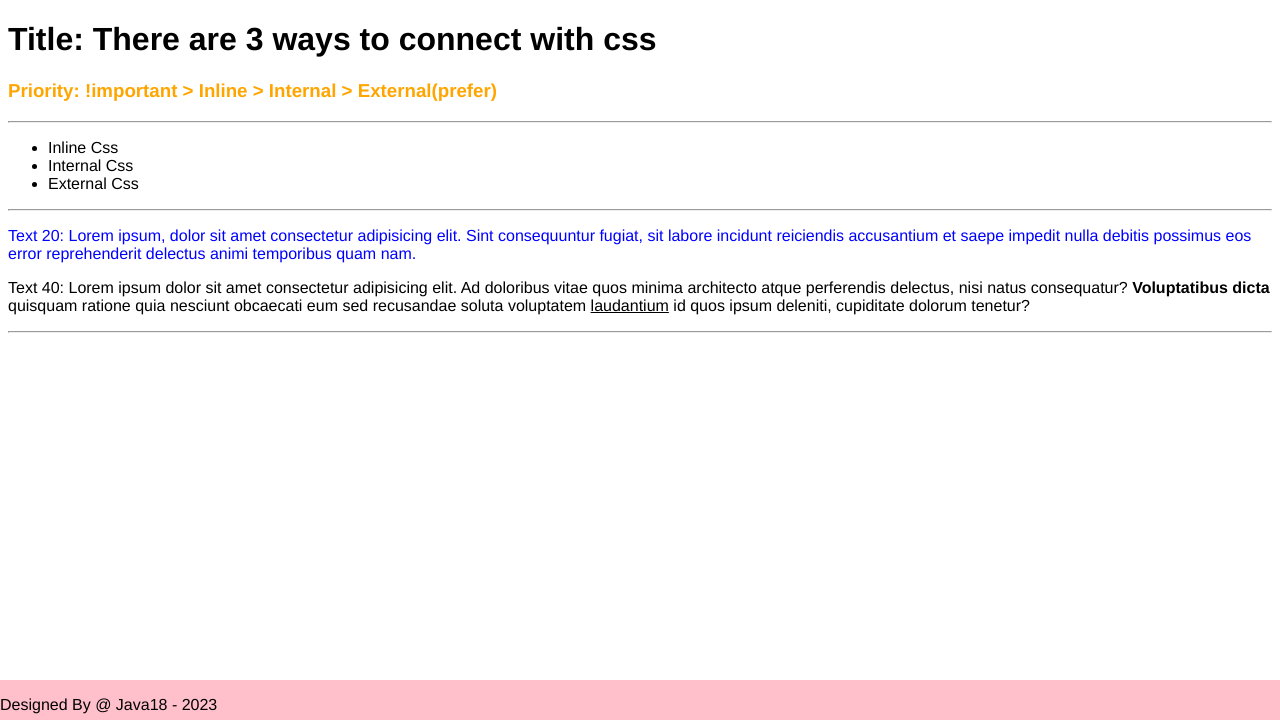
Repository: j4tdn/java18-repository
Page: 2. CSS3/ex03-base-content-basic-properties.html
An editor plug-in stored every save of this project. The page is shown before and after the next save, followed by the edit.
The browser window is 1280 px wide. The pictures show the whole page.

Above is the page before, as saved 2023-10-21 18:30:09.

### 2. CSS3/ex03-base-content-basic-properties.html
<!DOCTYPE html>
<html lang="en">
  <head>
    <meta charset="UTF-8" />
    <meta name="viewport" content="width=device-width, initial-scale=1.0" />
    <title>Ex03 - Base Content For Demo Basic CSS Properties</title>
    <link rel="stylesheet" href="css/style-base.css" />
    <link rel="stylesheet" href="css/utils.css" />
  </head>
  <body>
    <!-- html comments -->
    <div id="page-header">
      <h1>Title: There are 3 ways to connect with css</h1>
      <h3 class="text-orange">
        Priority: !important > Inline > Internal > External(prefer)
      </h3>
    </div>

    <hr />

    <div id="page-main">
      <ul>
        <li>Inline Css</li>
        <li>Internal Css</li>
        <li>External Css</li>
      </ul>
      <hr />
      <p class="text-blue">
        Text 20: Lorem ipsum, dolor sit amet consectetur adipisicing elit. Sint
        consequuntur fugiat, sit labore incidunt reiciendis accusantium et saepe
        impedit nulla debitis possimus eos error reprehenderit delectus animi
        temporibus quam nam.
      </p>
      <p>
        Text 40: Lorem ipsum dolor sit amet consectetur adipisicing elit. Ad
        doloribus vitae quos minima architecto atque perferendis delectus, nisi
        natus consequatur?
        <span class="text-bold">Voluptatibus dicta</span> quisquam ratione quia
        nesciunt obcaecati eum sed recusandae soluta voluptatem
        <span class="text-underline">laudantium</span> id quos ipsum deleniti,
        cupiditate dolorum tenetur?
      </p>
    </div>
    <hr />

    <div id="page-footer">
      <p class="text-center">Designed By @ Java18 - 2023</p>
    </div>
  </body>
</html>

### 2. CSS3/css/style-base.css
/*  */
* {
  font-family: corbel, helvetica, sans-serif;
}

/* CSS SELECTOR CLASS ID */
/* Chỉ có thẻ p với class là text20 mới ăn */
/* p[class="text20"] {
  color: blue;
} */
/* p.text20 {
  color: blue;
} */
/* Tất cả tag với class là text20 */
/* .text20 {
  color: blue;
} */

#page-footer {
  position: absolute;
  bottom: 0;
  left: 0;
  width: 100%;
  height: 40px;
  background-color: pink;
}

### 2. CSS3/css/utils.css
.text-green {
  color: green;
}
.text-blue {
  color: blue;
}
.text-orange {
  color: orange;
}
.text-bold {
  font-weight: bold;
}
.text-underline {
  text-decoration: underline;
}
.text-line-through {
  text-decoration: line-through;
}
.text-overline {
  text-decoration: overline;
}
.text-decor-none {
  text-decoration: none;
}
.text-align-left {
  text-align: left;
}
.text-align-center {
  text-align: center;
}
.text-align-right {
  text-align: right;
}

After the next save:
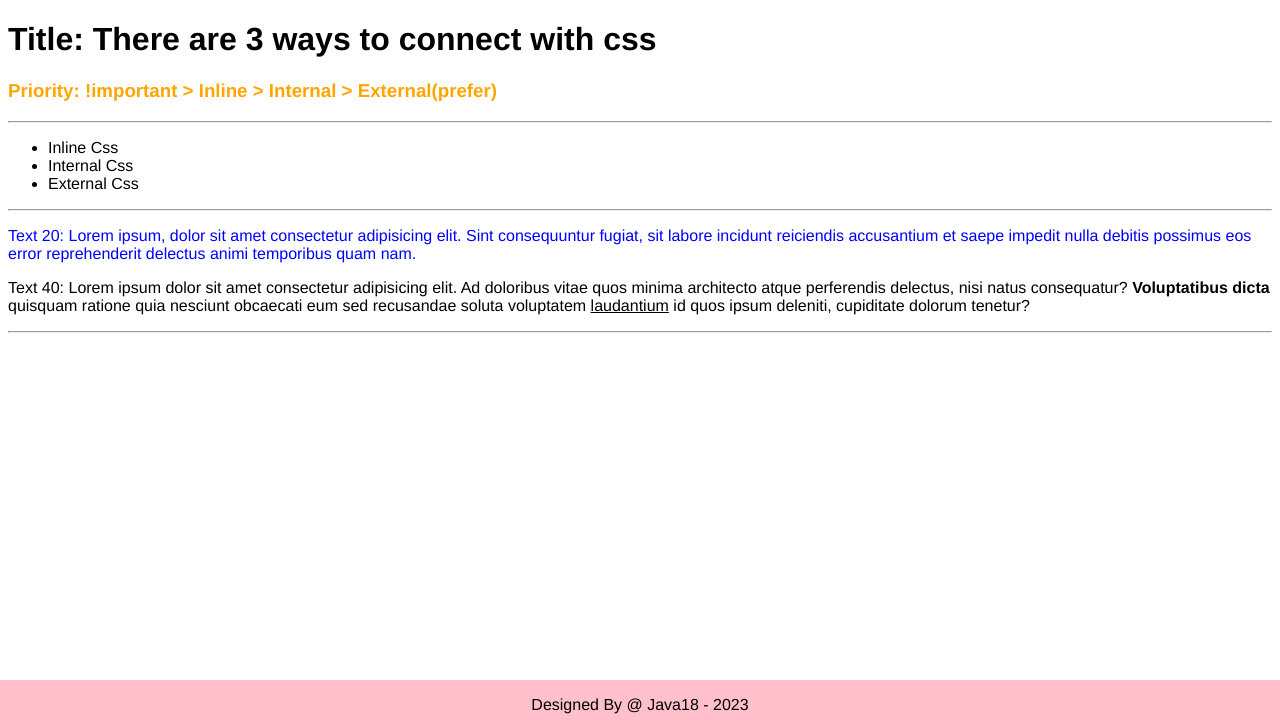
Saved 6 s later.
--- a/2. CSS3/ex03-base-content-basic-properties.html
+++ b/2. CSS3/ex03-base-content-basic-properties.html
@@ -44,7 +44,7 @@
     <hr />
 
     <div id="page-footer">
-      <p class="text-center">Designed By @ Java18 - 2023</p>
+      <p class="text-align-center">Designed By @ Java18 - 2023</p>
     </div>
   </body>
 </html>
